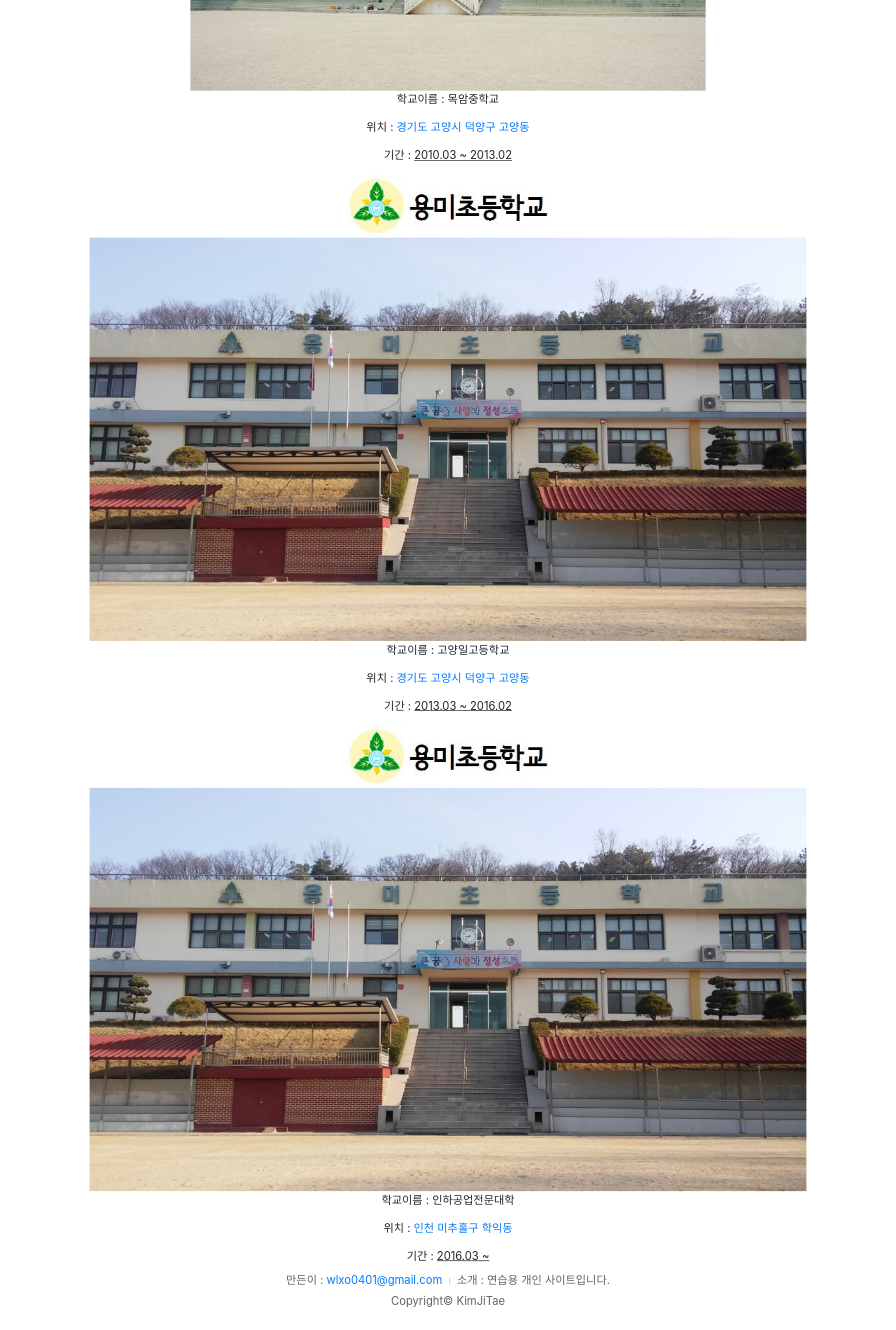
Repository: wlxo0401/IntroduveMySelf
Page: IntroduceMySelf/WebContent/KimJiTae.html
These files come from the project's save history. The page is drawn as it stood at one moment and after the next save; the edit follows.
The browser window is 1280 px wide. The pictures show the part of the page from y = 1351 to 3271 px (the page is 3251 px tall before and 3582 px after), at 70% of full size.

Above is the page before, as saved 2020-03-11 07:24:08.

### IntroduceMySelf/WebContent/KimJiTae.html
<!DOCTYPE html>
<html>
  <head>
    <!-- Required meta tags -->
    <meta charset="utf-8">
    <meta name="viewport" content="width=device-width, initial-scale=1, shrink-to-fit=no">

    <!-- Bootstrap CSS -->
    <link rel="stylesheet" href="https://stackpath.bootstrapcdn.com/bootstrap/4.4.1/css/bootstrap.min.css" integrity="sha384-Vkoo8x4CGsO3+Hhxv8T/Q5PaXtkKtu6ug5TOeNV6gBiFeWPGFN9MuhOf23Q9Ifjh" crossorigin="anonymous">

    <title>Hello, world!</title>
    <link rel = "stylesheet" href = "style.css">
  </head>
<body>

<div id = "wrap">
	<!-- header -->
	<div id = "header">
		<nav class="navbar navbar-expand-lg navbar-light bg-light nav-distance">
			<a class="navbar-brand" href="https://pensive-heyrovsky-621c38.netlify.com">IntroduceMySelf</a>
		  	<button class="navbar-toggler" type="button" data-toggle="collapse" data-target="#navbarNav" aria-controls="navbarNav" aria-expanded="false" aria-label="Toggle navigation">
		    	<span class="navbar-toggler-icon"></span>
		  	</button>
		  	<div class="collapse navbar-collapse" id="navbarNav">
		    	<ul class="navbar-nav">
		      		<li class="nav-item active">
		        		<a class="nav-link" href="#">KimJiTae <span class="sr-only">(current)</span></a>
		      		</li>
		      		<li class="nav-item">
		        		<a class="nav-link" href="#">WhatIdid</a>
		      		</li>
		      		<li class="nav-item">
		        		<a class="nav-link" href="#">dd</a>
		      		</li>
		      		<li class="nav-item">
		        		<a class="nav-link disabled" href="#" tabindex="-1" aria-disabled="true">Disabled</a>
		      		</li>
		    	</ul>
			</div>
		</nav>
	</div>
	<!-- //header -->
	<!-- container -->
	<div class = "container">
		<div class = "ElementarySchool">
			<img src="img/eslogo.jpg" style="max-width: 100%; height: auto;">
			<img src="img/espic.jpg" style="max-width: 100%; height: auto;">
			<p>학교이름 : 용미초등학교</p>
			<p>위치 : <a href='http://naver.me/F72uX0N2'>경기도 파주시 광탄면 용미리</a> </p>
			<p>기간 : <U>2004.03 ~ 2010.02</U></p>
			<h2>특징</h2>
			<p>용미리라는 작은 마을에 있는 작은 초등학교 학년당 반이 한개만 있다.
			내가 다닐때는 반 정원이 14명 정도에서 계속 유지하며 1학년 입학시 졸업하는 6년동안 같은
			반에서 생활한다.</p>
		</div>
		<div class ="MiddleSchool">
			<img src="img/mokam.jpg" style="max-width: 100%; height: auto;">
			<p>학교이름 : 목암중학교</p>
			<p>위치 : <a href='http://naver.me/xHH8JUWO'>경기도 고양시 덕양구 고양동</a> </p>
			<p>기간 : <U>2010.03 ~ 2013.02</U></p>
		</div>
		<div class ="HighSchool">
			<img src="img/eslogo.jpg" style="max-width: 100%; height: auto;">
			<img src="img/espic.jpg" style="max-width: 100%; height: auto;">
			<p>학교이름 : 고양일고등학교</p>
			<p>위치 : <a href='http://naver.me/5oOmveoe'>경기도 고양시 덕양구 고양동</a> </p>
			<p>기간 : <U>2013.03 ~ 2016.02</U></p>
		</div>
		<div class ="HighSchool">
			<img src="img/eslogo.jpg" style="max-width: 100%; height: auto;">
			<img src="img/espic.jpg" style="max-width: 100%; height: auto;">
			<p>학교이름 : 인하공업전문대학</p>
			<p>위치 : <a href='http://naver.me/5L0Rg6Xr'>인천 미추홀구 학익동</a> </p>
			<p>기간 : <U>2016.03 ~ </U></p>
		</div>
	</div>
	<!-- //container -->
	<!-- footer -->
	<div id = "footer">
		<div class="footer-intro">만든이 : <a href="wlxo0401@gmail.com"> wlxo0401@gmail.com</a><span class="bar"></span>소개 : 연습용 개인 사이트입니다.</div>
		<div class="copyright">Copyright© KimJiTae</div>
	</div>
	<!-- //footer -->
</div>
<!-- Optional JavaScript -->
<!-- jQuery first, then Popper.js, then Bootstrap JS -->
<script src="https://code.jquery.com/jquery-3.4.1.slim.min.js" integrity="sha384-J6qa4849blE2+poT4WnyKhv5vZF5SrPo0iEjwBvKU7imGFAV0wwj1yYfoRSJoZ+n" crossorigin="anonymous"></script>
<script src="https://cdn.jsdelivr.net/npm/popper.js@1.16.0/dist/umd/popper.min.js" integrity="sha384-Q6E9RHvbIyZFJoft+2mJbHaEWldlvI9IOYy5n3zV9zzTtmI3UksdQRVvoxMfooAo" crossorigin="anonymous"></script>
<script src="https://stackpath.bootstrapcdn.com/bootstrap/4.4.1/js/bootstrap.min.js" integrity="sha384-wfSDF2E50Y2D1uUdj0O3uMBJnjuUD4Ih7YwaYd1iqfktj0Uod8GCExl3Og8ifwB6" crossorigin="anonymous"></script>
</body>
</html>

### IntroduceMySelf/WebContent/style.css
body{
	margin: 0;
	padding: 0;
}

.container{
	margin-top: 50px;
	text-align: center;
}

.maintitle1{
	font-family: NanumSquareR;
	font-size: 100px;
	line-height: 1.67;
	text-transform: uppercase;
	font-weight: 900;
	text-align: center;
	color: #354655d;
	margin-top: 50px;
	margin-bottom: 50px;
}


.maintitle2{
	text-transform: uppercase;
	font-family: NanumSquareR;
	font-size: 44.5px;
	line-height: 1.67;
	text-align: center;
	color: #354655d;
}


.nav-distance{
	padding: 2.1% 7.7%
}

.navbar-brand{
	font-family: NanumSquareR;
	line-height: 1.68;
	text-align: left;
	color: #35465d;
}


/* On screens that are 600px or less, set the background color to olive */
@media screen and (max-width: 600px) {
  html {
    font-size: 10px;
  }
  .navbar-brand{
  	font-size: 4rem;
  }
}
.footer {
    position: absolute;
    left: 0;
    bottom: 0;
    padding-bottom: 50px;
    width: 100%;
	padding: 15px 0;
	text-align: center;
	color: white;
	background: blue;

}

.ElementarySchool p {
    margin-top: 10px;
    margin-bottom: 1rem;
}
.footer-intro {
    text-align: center;
    margin-top: 10px;
    line-height: 14px;
    color: #636363;
}
.footer-intro span.bar {
    display: inline-block;
    width: 1px;
    height: 10px;
    background: #bebebe;
    margin: 0 10px;
}
.copyright {
    margin-top: 10px;
    margin-bottom: 30px;
    text-align: center;
    color: #636363;
}

After the next save:
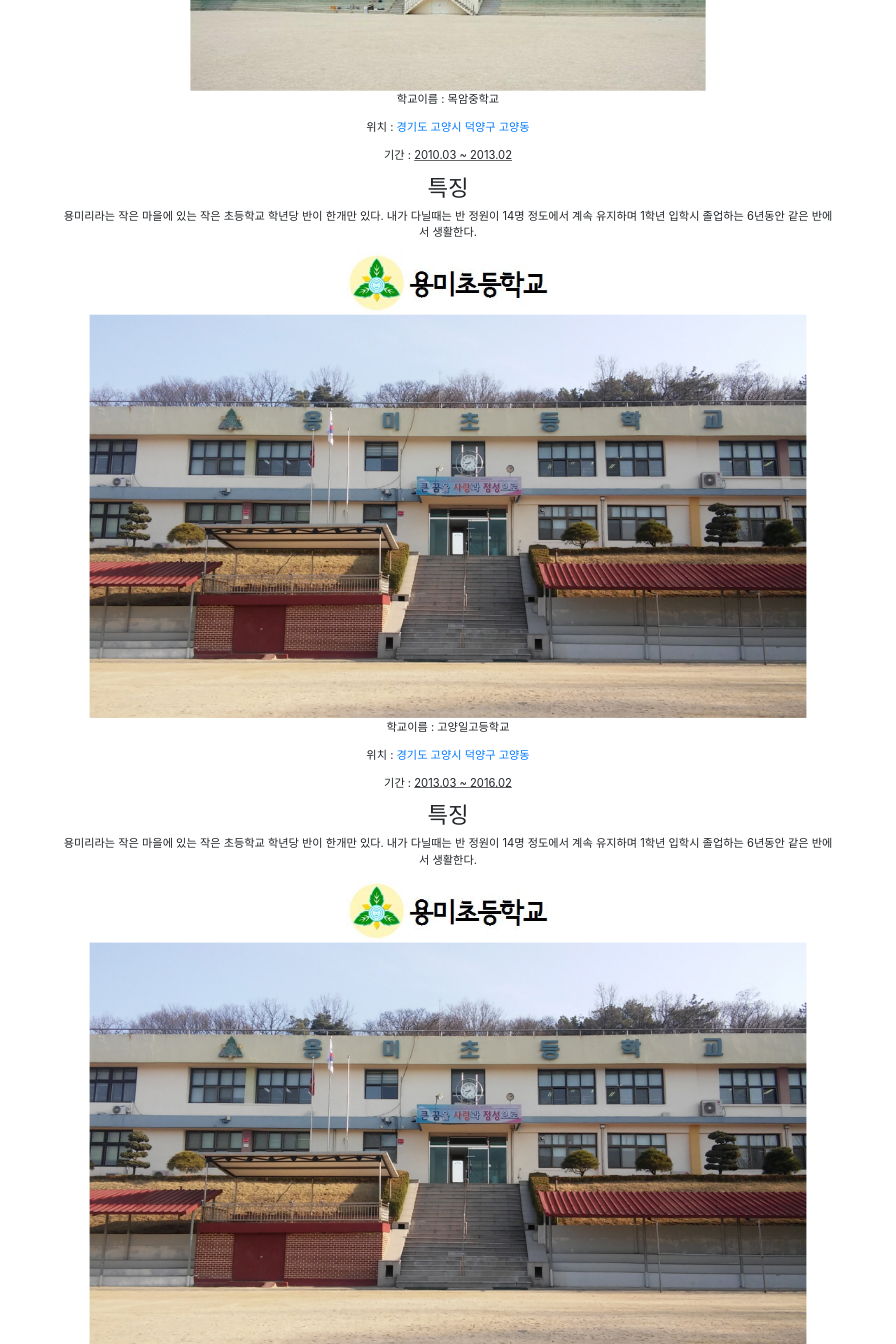
Saved 22 s later.
--- a/IntroduceMySelf/WebContent/KimJiTae.html
+++ b/IntroduceMySelf/WebContent/KimJiTae.html
@@ -58,6 +58,10 @@
 			<p>학교이름 : 목암중학교</p>
 			<p>위치 : <a href='http://naver.me/xHH8JUWO'>경기도 고양시 덕양구 고양동</a> </p>
 			<p>기간 : <U>2010.03 ~ 2013.02</U></p>
+			<h2>특징</h2>
+			<p>용미리라는 작은 마을에 있는 작은 초등학교 학년당 반이 한개만 있다.
+			내가 다닐때는 반 정원이 14명 정도에서 계속 유지하며 1학년 입학시 졸업하는 6년동안 같은
+			반에서 생활한다.</p>
 		</div>
 		<div class ="HighSchool">
 			<img src="img/eslogo.jpg" style="max-width: 100%; height: auto;">
@@ -65,6 +69,10 @@
 			<p>학교이름 : 고양일고등학교</p>
 			<p>위치 : <a href='http://naver.me/5oOmveoe'>경기도 고양시 덕양구 고양동</a> </p>
 			<p>기간 : <U>2013.03 ~ 2016.02</U></p>
+			<h2>특징</h2>
+			<p>용미리라는 작은 마을에 있는 작은 초등학교 학년당 반이 한개만 있다.
+			내가 다닐때는 반 정원이 14명 정도에서 계속 유지하며 1학년 입학시 졸업하는 6년동안 같은
+			반에서 생활한다.</p>
 		</div>
 		<div class ="HighSchool">
 			<img src="img/eslogo.jpg" style="max-width: 100%; height: auto;">
@@ -72,6 +80,10 @@
 			<p>학교이름 : 인하공업전문대학</p>
 			<p>위치 : <a href='http://naver.me/5L0Rg6Xr'>인천 미추홀구 학익동</a> </p>
 			<p>기간 : <U>2016.03 ~ </U></p>
+			<h2>특징</h2>
+			<p>용미리라는 작은 마을에 있는 작은 초등학교 학년당 반이 한개만 있다.
+			내가 다닐때는 반 정원이 14명 정도에서 계속 유지하며 1학년 입학시 졸업하는 6년동안 같은
+			반에서 생활한다.</p>
 		</div>
 	</div>
 	<!-- //container -->
